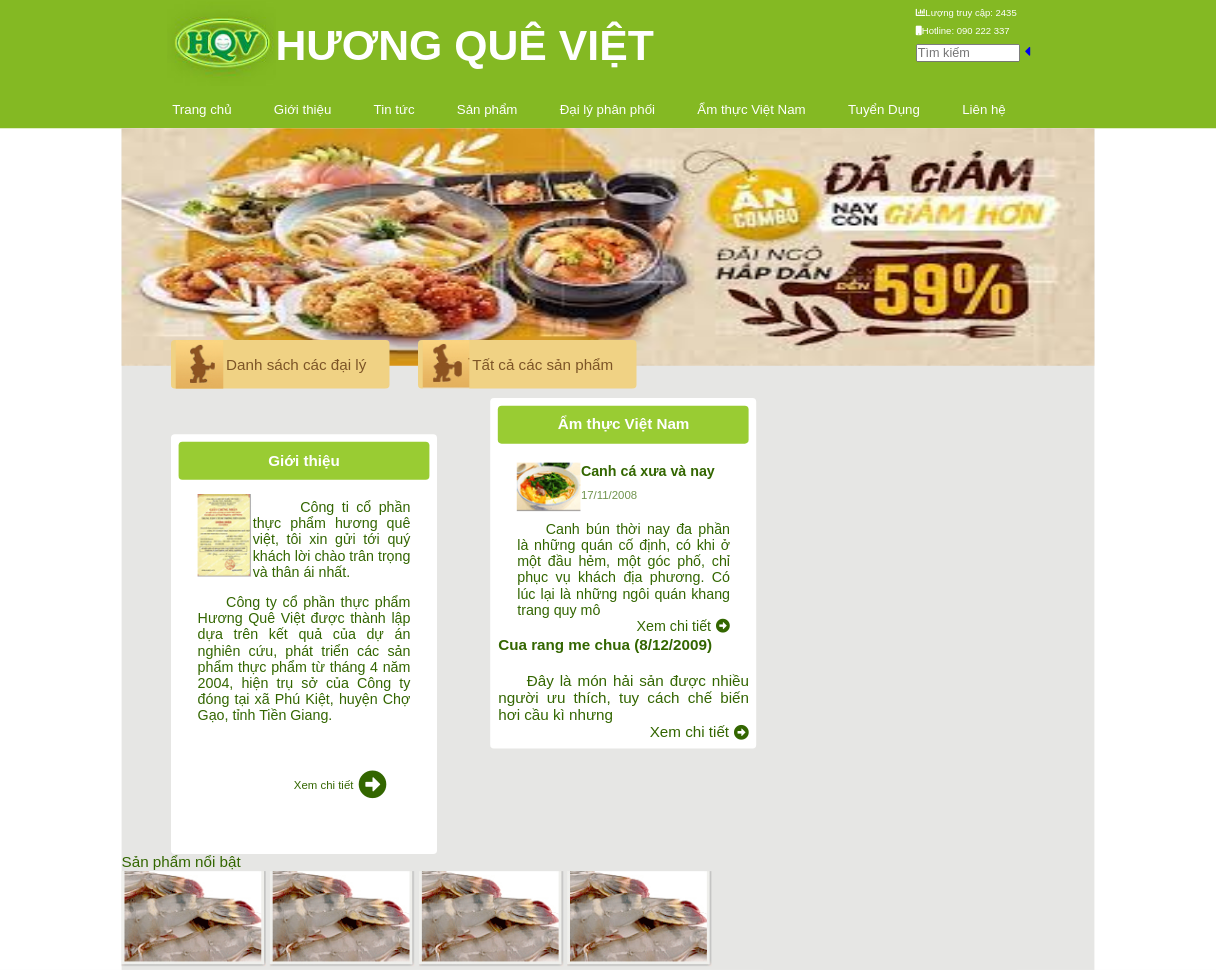
Repository: NgocTruong0701/Self_Learning
Page: html/practice/Baitapweb/index.html
An editor plug-in stored every save of this project. The page is shown before and after the next save, followed by the edit.
The browser window is 1280 px wide. The pictures show the whole page, at 95% of full size.

Above is the page before, as saved 2021-10-06 21:45:44.

After the next save:
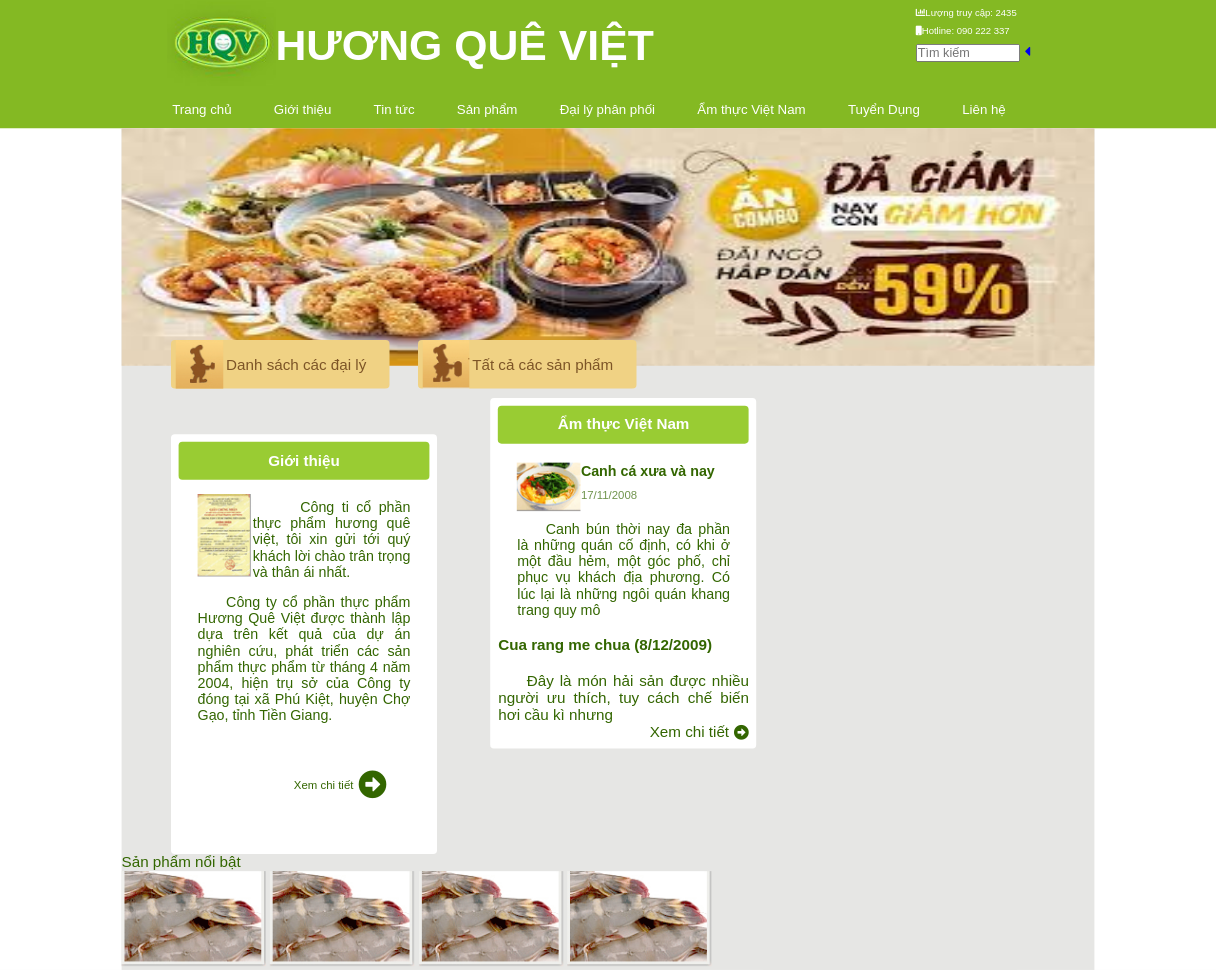
Saved 12 s later.
--- a/html/practice/Baitapweb/index.html
+++ b/html/practice/Baitapweb/index.html
@@ -132,11 +132,7 @@
                         <p class="line-second">
                             Canh bún thời nay đa phần là những quán cố định, có khi ở một đầu hẻm, một góc phố, chỉ phục vụ khách địa phương. Có lúc lại là những ngôi quán khang trang quy mô
                         </p>
-                        <div class="more-second">
-                            <p class="text-more">Xem chi tiết</p>
 
-                            <i class="fas fa-arrow-alt-circle-right second-icon"></i>
-                        </div>
                     </div>
 
                     <div class="box-introduce-second">

After the save that followed:
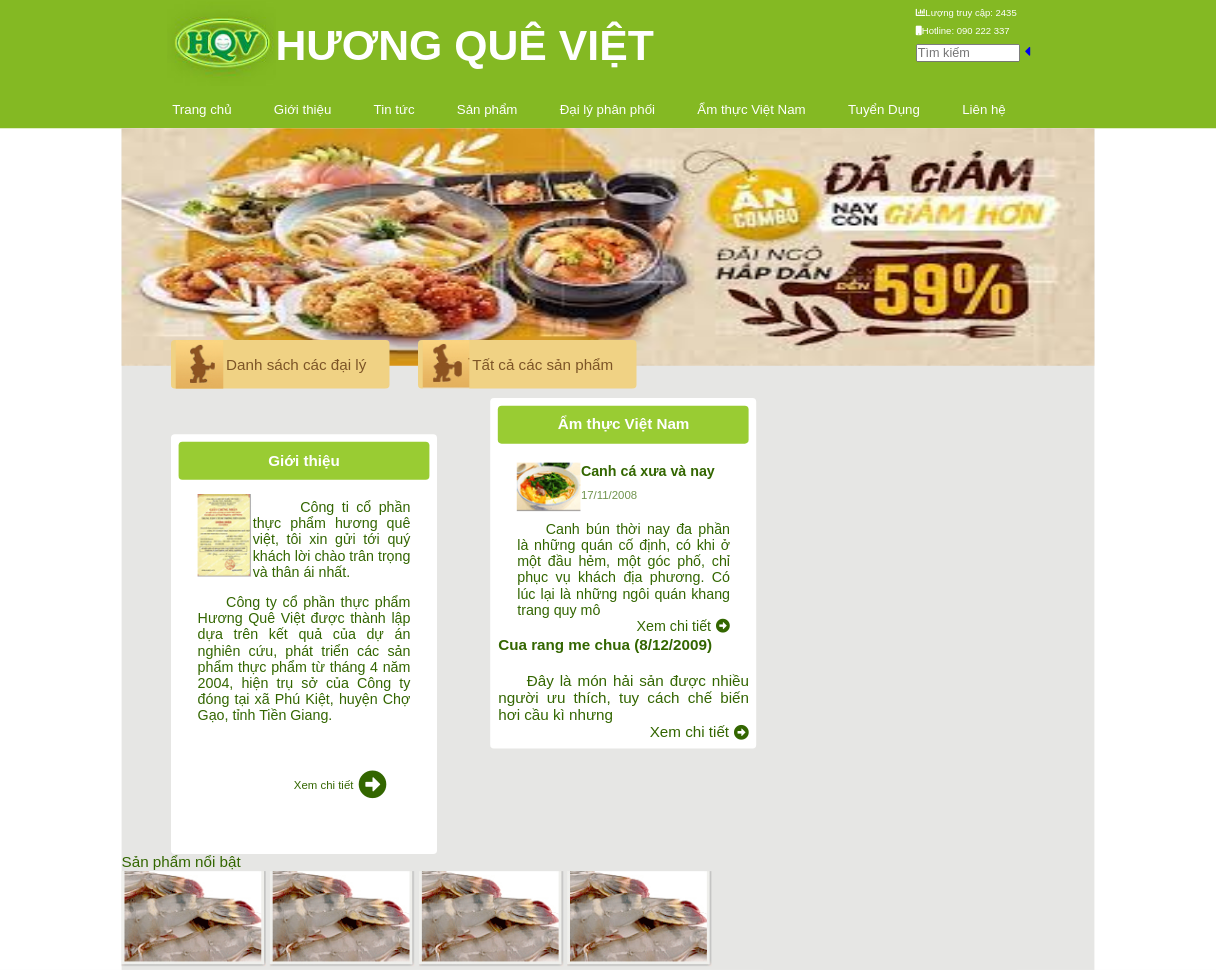
Saved 15 s later.
--- a/html/practice/Baitapweb/index.html
+++ b/html/practice/Baitapweb/index.html
@@ -132,7 +132,11 @@
                         <p class="line-second">
                             Canh bún thời nay đa phần là những quán cố định, có khi ở một đầu hẻm, một góc phố, chỉ phục vụ khách địa phương. Có lúc lại là những ngôi quán khang trang quy mô
                         </p>
+                        <div class="more-second">
+                            <p class="text-more">Xem chi tiết</p>
 
+                            <i class="fas fa-arrow-alt-circle-right second-icon"></i>
+                        </div>
                     </div>
 
                     <div class="box-introduce-second">
